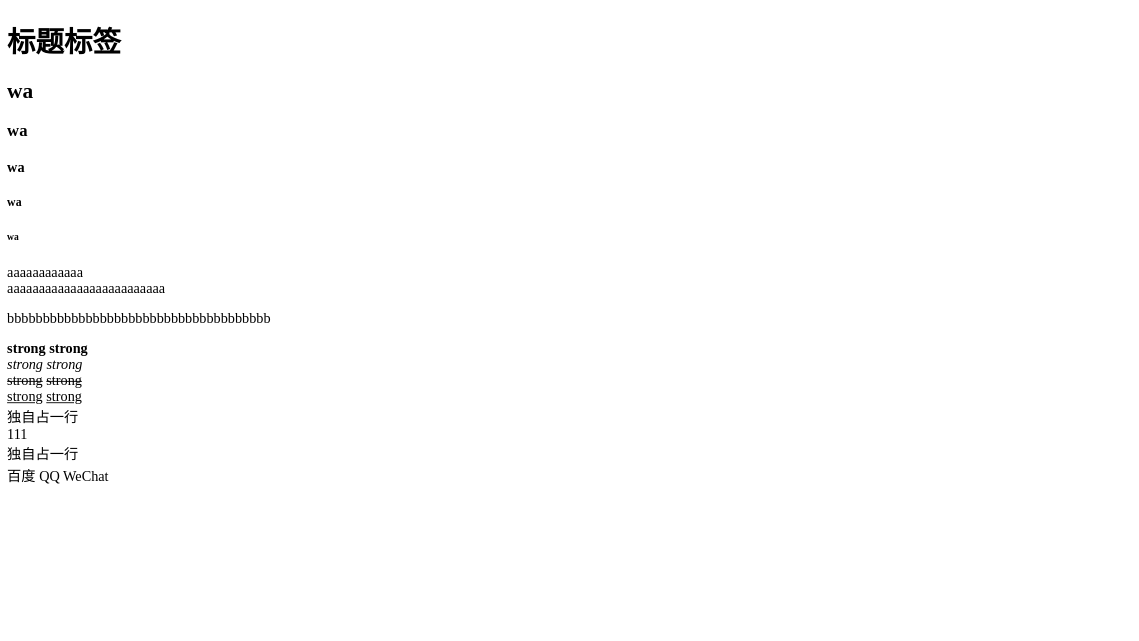
Repository: Qwenicq/My_project
Page: html/vscode_frist.htm
An editor plug-in stored every save of this project. The page is shown before and after the next save, followed by the edit.
The browser window is 1280 px wide. The pictures show the whole page, at 89% of full size.

Above is the page before, as saved 2023-03-27 21:34:29.

After the next save:
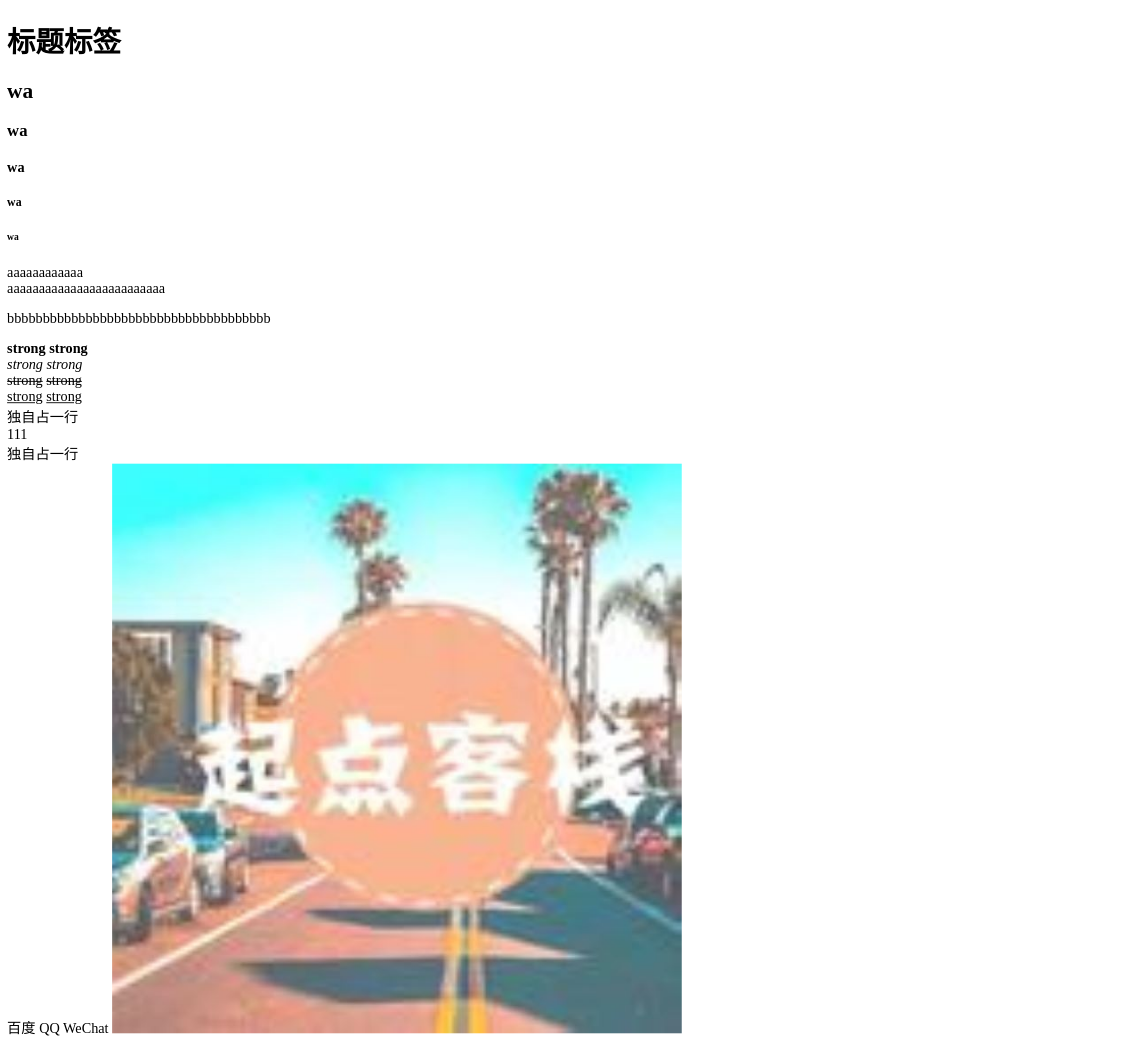
Saved 5 min 47 s later.
--- a/html/vscode_frist.htm
+++ b/html/vscode_frist.htm
@@ -29,5 +29,6 @@
     <span>百度</span>
     <span>QQ</span>
     <span>WeChat</span>
+    <img src="余音日记.jpg">
 </body>
 </html>
